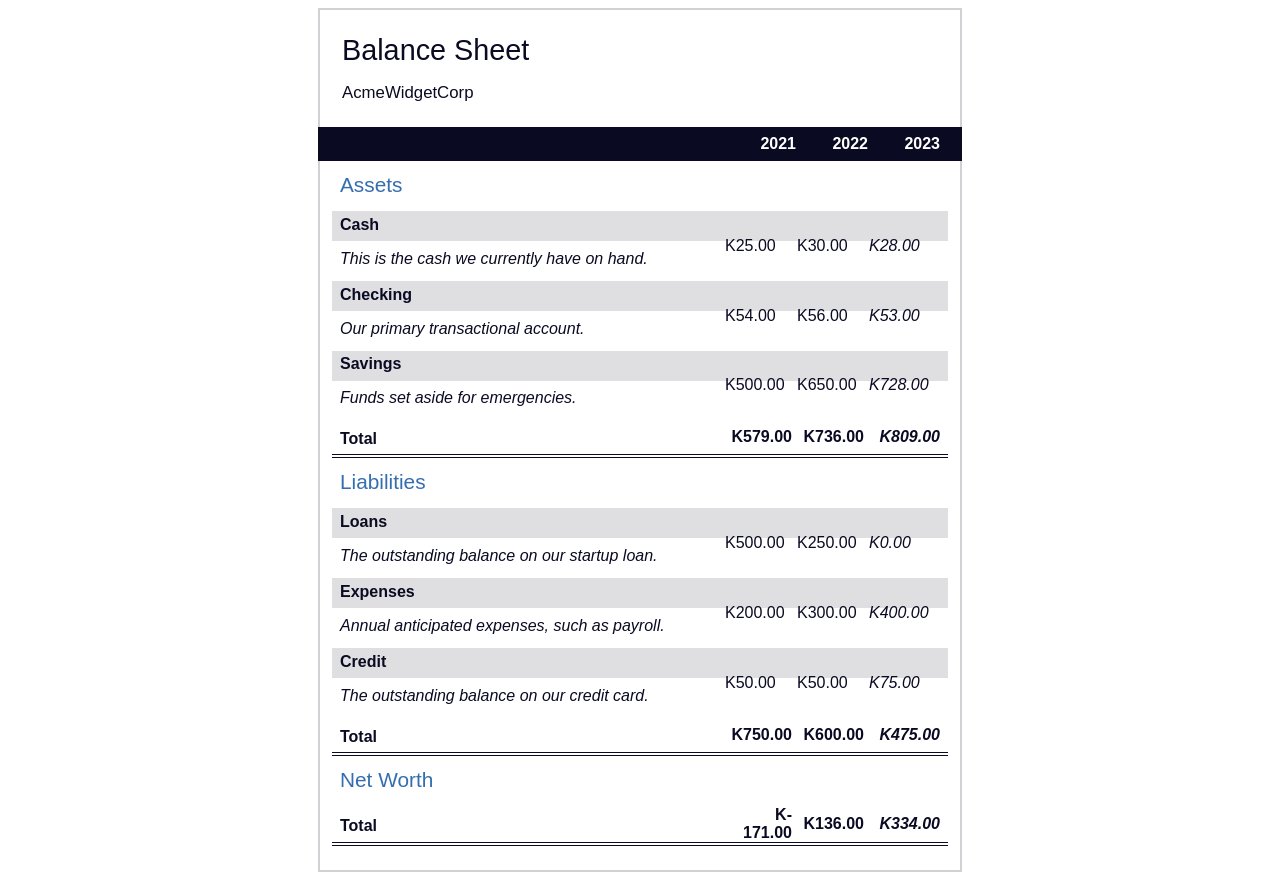
Repository: Lungdjos/balance_shee
Page: index.html
The author's editor kept a copy of each file at every save. The page is drawn from the files as they stood at one save, then again after the next save.
The browser window is 1280 px wide. The pictures show the whole page.

Above is the page before, as saved 2023-11-04 23:35:54.

After the next save:
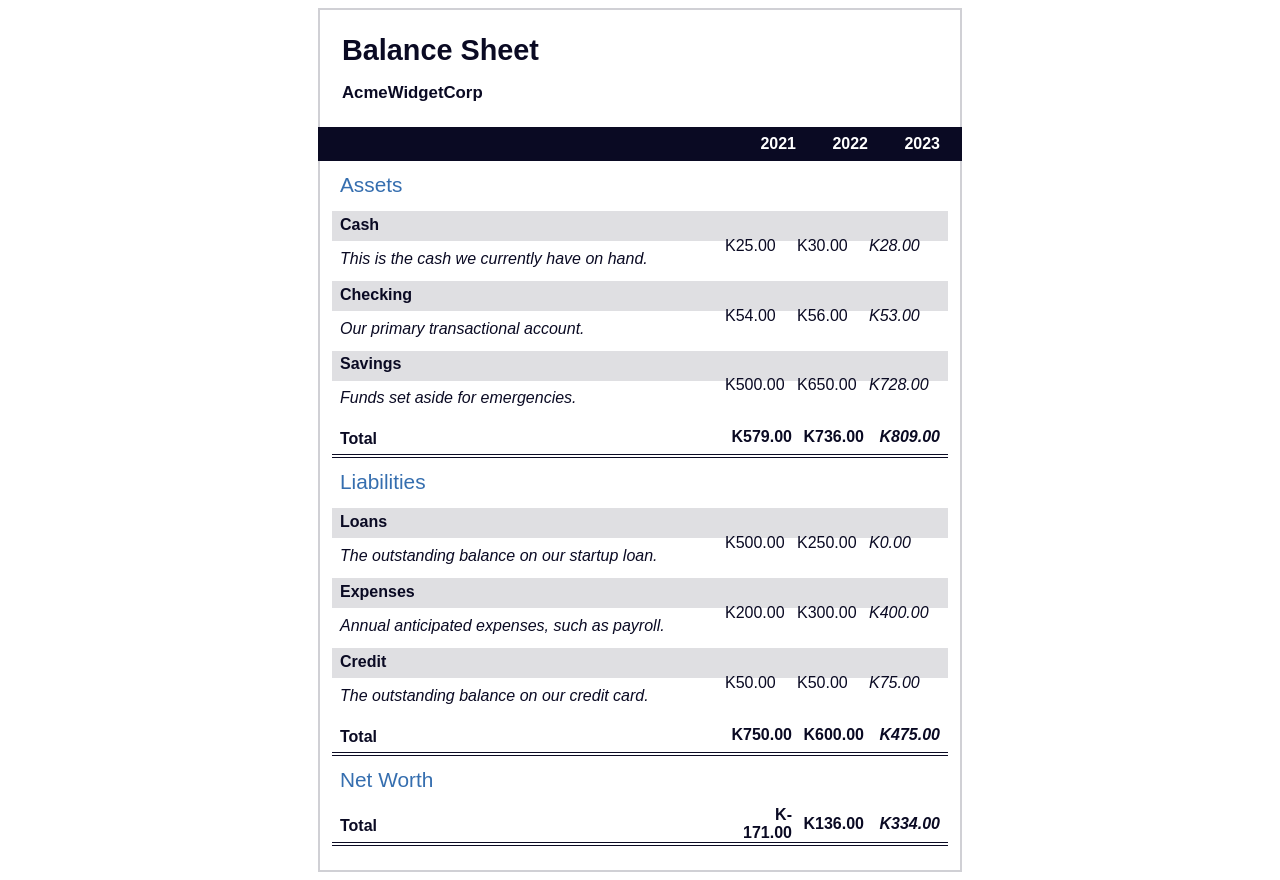
Saved 71 s later.
--- a/styles.css
+++ b/styles.css
@@ -69,10 +69,6 @@
 
     .table-wrap {
         padding: 0 .75rem 1.5rem .75rem;
-    }
-
-    span {
-        font-weight: normal;
     }
 
     table {
